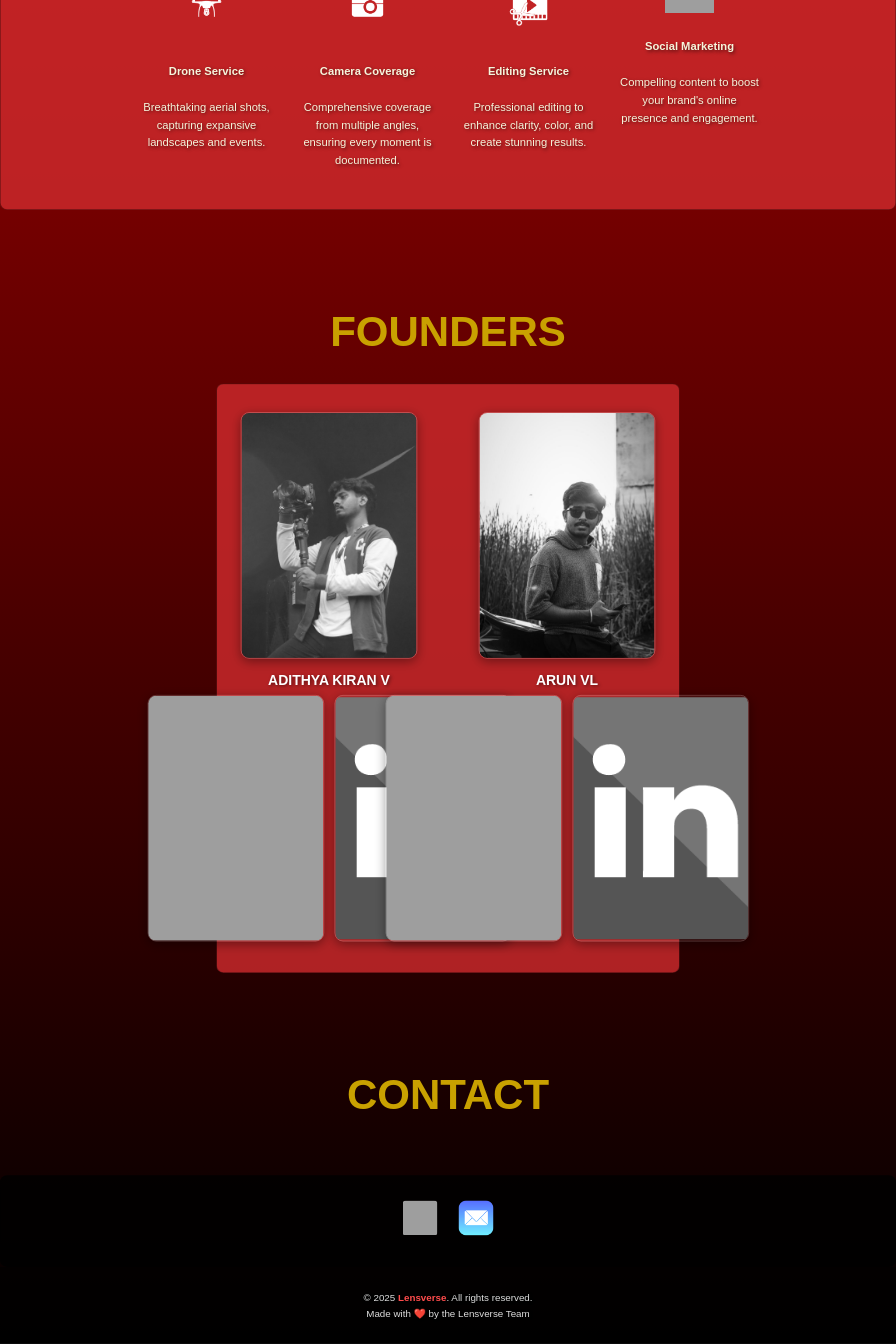
Repository: adithyakiran47/lensverse-frontend
Page: / (app in frontend/)
An editor plug-in stored every save of this project. The page is shown before and after the next save, followed by the edit.
The browser window is 1280 px wide. The pictures show the part of the page from y = 1637 to 3557 px (the page is 3557 px tall before and 3243 px after), at 70% of full size.
Pictures or frames that could not be fetched are drawn as grey boxes. The project was rebuilt for these pictures with package versions that can differ from the ones it lists, and the page was loaded fresh each time. Also part of the build but not shown: frontend/src/components/BookingForm.js.

Above is the page before, as saved 2025-06-20 14:04:59.

### frontend/public/index.html
<!DOCTYPE html>
<html lang="en">
  <head>
    <meta charset="utf-8" />
    <link rel="icon" href="%PUBLIC_URL%/favicon.ico" />
    <meta name="viewport" content="width=device-width, initial-scale=1" />
    <meta name="theme-color" content="#000000" />
    <meta
      name="description"
      content="Web site created using create-react-app"
    />
    <link rel="apple-touch-icon" href="%PUBLIC_URL%/logo192.png" />
    <!--
      manifest.json provides metadata used when your web app is installed on a
      user's mobile device or desktop. See https://developers.google.com/web/fundamentals/web-app-manifest/
    -->
    <link rel="manifest" href="%PUBLIC_URL%/manifest.json" />
    <!--
      Notice the use of %PUBLIC_URL% in the tags above.
      It will be replaced with the URL of the `public` folder during the build.
      Only files inside the `public` folder can be referenced from the HTML.

      Unlike "/favicon.ico" or "favicon.ico", "%PUBLIC_URL%/favicon.ico" will
      work correctly both with client-side routing and a non-root public URL.
      Learn how to configure a non-root public URL by running `npm run build`.
    -->
    <title>React App</title>
  </head>
  <body>
    <noscript>You need to enable JavaScript to run this app.</noscript>
    <div id="root"></div>
    <!--
      This HTML file is a template.
      If you open it directly in the browser, you will see an empty page.

      You can add webfonts, meta tags, or analytics to this file.
      The build step will place the bundled scripts into the <body> tag.

      To begin the development, run `npm start` or `yarn start`.
      To create a production bundle, use `npm run build` or `yarn build`.
    -->
      <footer class="footer">
  <div class="footer-content">
    <p>© 2025 <strong>Lensverse</strong>. All rights reserved.</p>
    <p>Made with ❤️ by the Lensverse Team</p>
  </div>
</footer>

  </body>
</html>

### frontend/src/App.js
import React, { useState } from 'react';
import './App.css';

import Header from './components/Header';
import Banner from './components/Banner';
import About from './components/About';
import Services from './components/Services';
import Team from './components/Team';
import Contact from './components/Contact';
import BookingForm from './components/BookingForm';


function App() {
  const [showForm, setShowForm] = useState(false);

  return (
    <>
      <Header />
      <Banner onBookClick={() => setShowForm(true)} />
      <About />
      <Services />
      <Team />
      <Contact />

      {showForm && (
        <div className="popup-backdrop">
          <div className="popup-form">
            <button className="close-btn" onClick={() => setShowForm(false)}>✖</button>
            <BookingForm onSuccess={() => setShowForm(false)} />
          </div>
        </div>
      )}
    </>
  );
}

export default App;

### frontend/src/App.css
.App {
  text-align: center;
}

.App-logo {
  height: 40vmin;
  pointer-events: none;
}

@media (prefers-reduced-motion: no-preference) {
  .App-logo {
    animation: App-logo-spin infinite 20s linear;
  }
}

.App-header {
  background-color: #282c34;
  min-height: 100vh;
  display: flex;
  flex-direction: column;
  align-items: center;
  justify-content: center;
  font-size: calc(10px + 2vmin);
  color: white;
}

.App-link {
  color: #61dafb;
}

@keyframes App-logo-spin {
  from {
    transform: rotate(0deg);
  }
  to {
    transform: rotate(360deg);
  }
}
.popup-backdrop {
  position: fixed;
  top: 0;
  left: 0;
  height: 100%;
  width: 100%;
  background: rgba(0, 0, 0, 0.7);
  display: flex;
  align-items: center;
  justify-content: center;
  z-index: 999;
}

.popup-form {
  background: white;
  padding: 30px;
  border-radius: 10px;
  width: 500px;
  position: relative;
  box-shadow: 0 8px 20px rgba(0, 0, 0, 0.3);
}

.close-btn {
  position: absolute;
  top: 10px;
  right: 15px;
  background: none;
  border: none;
  font-size: 20px;
  cursor: pointer;
}
.banner {
  display: flex;
  justify-content: space-between;
  align-items: center;
  padding: 40px;
  max-width: 1200px;
  margin: auto;
}

.banner h2 {
  font-size: 2rem;
  margin-bottom: 10px;
}

.banner p {
  font-size: 1.1rem;
  margin-bottom: 20px;
}

.banner button {
  padding: 10px 20px;
  background-color: #003f70;
  color: white;
  border: none;
  border-radius: 5px;
  cursor: pointer;
  font-size: 1rem;
}

.banner img {
  max-width: 150px;
  height: auto;
}

.banner-left {
  flex: 1;
  padding-right: 20px;
}

.banner-right {
  flex: 0 0 200px;
  display: flex;
  justify-content: center;
  align-items: center;
}
/* App.css */
body {
  margin: 0;
  padding: 0;
  background: linear-gradient(to bottom, #ff0000, #000000);
  font-family: 'Segoe UI', Tahoma, Geneva, Verdana, sans-serif;
  color: white;
}

.footer {
  background: rgba(0, 0, 0, 0.6);
  padding: 30px 20px;
  text-align: center;
  color: #ddd;
  font-family: "Montserrat", sans-serif;
  font-size: 14px;
  /*border-top: 1px solid rgba(255, 255, 255, 0.1);*/
}

.footer-content p {
  margin: 6px 0;
  text-shadow: 1px 1px 4px rgba(0, 0, 0, 0.5);
}

.footer-content strong {
  color: #ff4c4c;
}

### frontend/src/components/Header.js
// src/components/Header.js
import React from 'react';
import './Header.css'; // We'll create this next

const Header = () => {
  return (
    <div id="header">
      <div className="container">
        <div className="head1">
          <h1>LENSVERSE</h1>
        </div>
      </div>
    </div>
  );
};

export default Header;

### frontend/src/components/Banner.js
import React from 'react';
import './Banner.css';

const Banner = ({ onBookClick }) => {
  return (
    <div id="banner">
      <div className="container">
        <div className="banner-wrapper">
          <div className="banner-left">
            <h2 className="cap">Capturing every moment with precision</h2>
            <p>Lensverse, your coverage team in action!</p>
            <div className="from">
              <button onClick={onBookClick}>BOOK</button>
            </div>
          </div>
          <div className="banner-right">
            <img src="channel logo new transparent.png" alt="Lensverse Banner" />
          </div>
        </div>
      </div>
    </div>
  );
};

export default Banner;

### frontend/src/components/About.js
import React from 'react';
import './About.css';

const About = () => {
  return (
    <div id="about">
      <div className="container">
        <div className="about-wrapper">
          <div className="about-content">
            <h2>About Us - LENSVERSE</h2>
            <p><em>Live and breathe photography, capturing moments that tell stories and evoke emotions.</em></p>
            <ul>
              <li><b>Storytellers:</b> We capture moments that speak volumes.</li>
              <li><b>Creative Vision:</b> Blending tradition with innovation for unique images.</li>
              <li><b>Top-Tier Quality:</b> Using the latest gear for stunning, high-quality photos.</li>
            </ul>
          </div>
        </div>
      </div>
    </div>
  );
};

export default About;

### frontend/src/components/Services.js
// src/components/Services.js
import React from 'react';
import './Services.css';

const Services = () => {
  return (
    <div id="services">
      <div className="container">
        <div className="service-title">
          <h3>SERVICES</h3>
          <p><b>Services We Offer</b><br />
            Portraits, weddings, events, commercial photography, lifestyle shoots, landscape photography, custom photo sessions, editing, retouching, and high-quality prints.
          </p>
        </div>

        <div className="service-details">
          <div className="service-detail">
            <img src="/drone.png" alt="Drone Service" />
            <p><b>Drone Service</b><br /><br />Breathtaking aerial shots, capturing expansive landscapes and events.</p>
          </div>

          <div className="service-detail">
            <img src="/camera.png" alt="Camera Coverage" />
            <p><b>Camera Coverage</b><br /><br />Comprehensive coverage from multiple angles, ensuring every moment is documented.</p>
          </div>

          <div className="service-detail">
            <img src="/editing.png" alt="Editing Service" />
            <p><b>Editing Service</b><br /><br />Professional editing to enhance clarity, color, and create stunning results.</p>
          </div>

          <div className="service-detail">
            <img src="/social.png" alt="Social Marketing" />
            <p><b>Social Marketing</b><br /><br />Compelling content to boost your brand's online presence and engagement.</p>
          </div>
        </div>
      </div>
    </div>
  );
};

export default Services;

### frontend/src/components/Team.js
// src/components/Team.js
import React from 'react';
import './Team.css';

const Team = () => {
  return (
    <div id="team">
      <div className="container">
        <div className="members">
          <h4>FOUNDERS</h4>
          <div className="member service-details">

            <div className="kiran">
              <img src="IMG_0384.JPG" alt="Adithya Kiran V" />
              <h5>ADITHYA KIRAN V</h5>
              <div className="social">
                <a href="https://instagram.com" target="_blank" rel="noreferrer">
                  <img src="/insta.png" alt="Instagram" />
                </a>
                <a href="https://linkedin.com" target="_blank" rel="noreferrer">
                  <img src="/linkedin.png" alt="LinkedIn" />
                </a>
              </div>
            </div>

            <div className="vl">
              <img src="IMG_0383.JPG" alt="Arun VL" />
              <h6>ARUN VL</h6>
              <div className="social">
                <a href="https://instagram.com" target="_blank" rel="noreferrer">
                  <img src="/insta.png" alt="Instagram" />
                </a>
                <a href="https://linkedin.com" target="_blank" rel="noreferrer">
                  <img src="/linkedin.png" alt="LinkedIn" />
                </a>
              </div>
            </div>

          </div>
        </div>
      </div>
    </div>
  );
};

export default Team;

### frontend/src/components/Contact.js
// src/components/Contact.js
import React from 'react';
import './Contact.css';

const Contact = () => {
  return (
    <div id="contact">
      <div className="container">
        <div className="contactdetails">
          <h4>CONTACT</h4>
          <div className="contact-details">

            <div className="instapng">
              <a href="https://instagram.com" target="_blank" rel="noreferrer">
                <img src="/insta.png" alt="Instagram" />
              </a>
            </div>

            <div className="mailpng">
              <a href="mailto:lensverse@gmail.com">
                <img src="/mail.png" alt="Email" />
              </a>
            </div>

          </div>
        </div>
      </div>
    </div>
  );
};

export default Contact;

### frontend/src/components/Header.css
/* Header.css */
#header {
  /* background:linear-gradient(rgb(255, 0, 0),rgb(0, 0, 0)) ; */
  padding: 15px;
  text-shadow: 2px 2px 5px rgba(0, 0, 0, 0.485);
}

.head1 h1 {
  font-family: "Bebas Neue", sans-serif;
  font-size: 50px;
  color: rgb(255, 255, 255);
  transition: color 0.3s ease;
  padding: auto;
  text-align: center;
}

.head1 h1:hover {
  color: white;
}

### frontend/src/components/Banner.css
#banner {
 /* background: linear-gradient(to bottom, #ff0000, #000000); /* Optional gradient */
  color: aliceblue;
  padding: 60px 20px;
  text-align: center; /* Center all content */
}

.banner-wrapper {
  display: flex;
  flex-direction: column; /* Stack content vertically */
  align-items: center;
  gap: 30px;
}

.banner-left .cap {
  font-size: 42px; /* Increased font size */
  font-weight: 600;
  margin-bottom: 20px;
  font-family: "Bebas Neue", sans-serif;
  text-shadow: 2px 2px 6px rgba(0, 0, 0, 0.5);
}

.banner-left p {
  font-size: 20px;
  margin-bottom: 30px;
  color: #ddd;
}

.from button {
  background-color: rgb(0, 55, 94);
  color: white;
  font-size: 18px;
  padding: 14px 28px;
  border: none;
  border-radius: 8px;
  cursor: pointer;
  transition: background-color 0.3s ease, transform 0.2s ease;
}

.from button:hover {
  background-color: rgb(0, 75, 120);
  transform: scale(1.05);
}

/* Banner image */
.banner-right img {
  max-width: 500px;
  height: auto;
  filter: drop-shadow(0 0 6px rgba(0, 0, 0, 0.3));
}

### frontend/src/components/About.css
#about {
  padding: 60px 20px;
  text-align: center;
}

.about-wrapper {
  max-width: 900px;
  margin: 0 auto;
  padding: 30px;
  background-color: rgb(88, 0, 0);
  border-radius: 10px;
  color: beige;
  text-shadow: 2px 2px 5px rgb(0, 0, 0);
  /*transition: background-color 0.3s ease, border 0.3s ease;*/
}


.about-content h2 {
  font-size: 40px;
  font-family: "Montserrat", sans-serif;
  margin-bottom: 20px;
}

.about-content p {
  font-size: 20px;
  font-family: "Montserrat", sans-serif;
  margin-bottom: 25px;
}

.about-content ul {
  list-style: none;
  padding-left: 0;
  font-size: 20px;
  font-family: "Montserrat", sans-serif;
}

.about-content li {
  margin-bottom: 12px;
}

### frontend/src/components/Services.css
/* Title Section */
.service-title {
  text-align: center;
  font-family: "Teko", sans-serif;
  margin-bottom: 40px;
}

.service-title h3 {
  font-size: 60px;
  color: rgb(255, 204, 0);
  margin: 20px 0 0 0;
}

.service-title p {
  color: #ffffff;
  font-size: 26px;
  margin-top: 10px;
  line-height: 1.5;
}

/* Services Container */
.service-details {
  display: flex;
  flex-wrap: wrap;
  justify-content: center;
  gap: 30px;
  padding: 40px 20px;
  background-color: rgba(205, 42, 45, 0.819);
  color: beige;
  font-family: "Montserrat", sans-serif;
  border-radius: 10px;
  border: 1px solid rgba(0, 0, 0, 0.397);
  text-shadow: 2px 2px 5px rgba(0, 0, 0, 0.485);
  transition: background-color 0.3s ease, border 0.3s ease;
}

/* Hover Effect */
.service-details:hover {
  background-color: rgba(253, 242, 241, 0.25);
  border: 1px solid rgba(0, 0, 0, 0.7);
  color: black;
}

/* Individual Card */
.service-detail {
  flex-basis: 200px;
  text-align: center;
  max-width: 250px;
}

.service-detail img {
  width: 70px;
  margin-bottom: 15px;
}

.service-detail p {
  font-size: 16px;
  line-height: 1.6;
}

### frontend/src/components/Team.css
#team {
  display: flex;
  justify-content: center;
  padding: 60px 20px;
  background-color: transparent;
  color: white;
  text-align: center;
}

.members h4 {
  font-family: "Teko", sans-serif;
  font-size: 60px;
  color: rgb(201, 161, 0);
  margin-bottom: 40px;
}

.member {
  display: flex;
  flex-wrap: wrap;
  justify-content: center;
  gap: 60px;
}

/* Each profile block */
.kiran, .vl {
  max-width: 280px;
}

.kiran img,
.vl img {
  width: 250px;
  height: 350px; /* Recommended size */
  object-fit: cover;
  border-radius: 12px;
  border: 1px solid rgba(255, 255, 255, 0.3);
  box-shadow: 0 4px 15px rgba(0, 0, 0, 0.4);
  filter: grayscale(100%);
  transition: filter 0.4s ease, transform 0.3s ease;
}

.kiran img:hover,
.vl img:hover {
  filter: grayscale(0%);
  transform: scale(1.03);
}

h5, h6 {
  font-size: 20px;
  margin: 15px 0 10px 0;
  font-family: "Montserrat", sans-serif;
  color: white;
}

.social {
  display: flex;
  justify-content: center;
  gap: 15px;
  margin-

### frontend/src/components/Contact.css
.contactdetails {
  text-align: center;
  font-size: 60px;
  font-family: "Teko", sans-serif;
  color: rgb(201, 161, 0);
  margin-top: 40px;
}

.contact-details {
  display: flex;
  justify-content: center;
  gap: 30px;
  padding: 30px;
  margin-top: 20px;
  background-color: rgba(0, 0, 0, 0.819);
  border-radius: 10px;
  border: 1px solid rgba(0, 0, 0, 0.397);
  transition: background-color 0.3s ease, border 0.3s ease;
}

.contact-details:hover {
  background-color: rgba(253, 242, 241, 0.377);
  border: 1px solid rgba(0, 0, 0, 0.7);
}

.contact-details img {
  height: 50px;
  width: 50px;
  border-radius: 5px;
  transition: transform 0.2s ease;
}

.contact-details img:hover {
  transform: scale(1.1);
}

Loaded but not shown: frontend/src/index.js (common file); frontend/src/index.css (common file); frontend/src/reportWebVitals.js (common file)

After the next save:
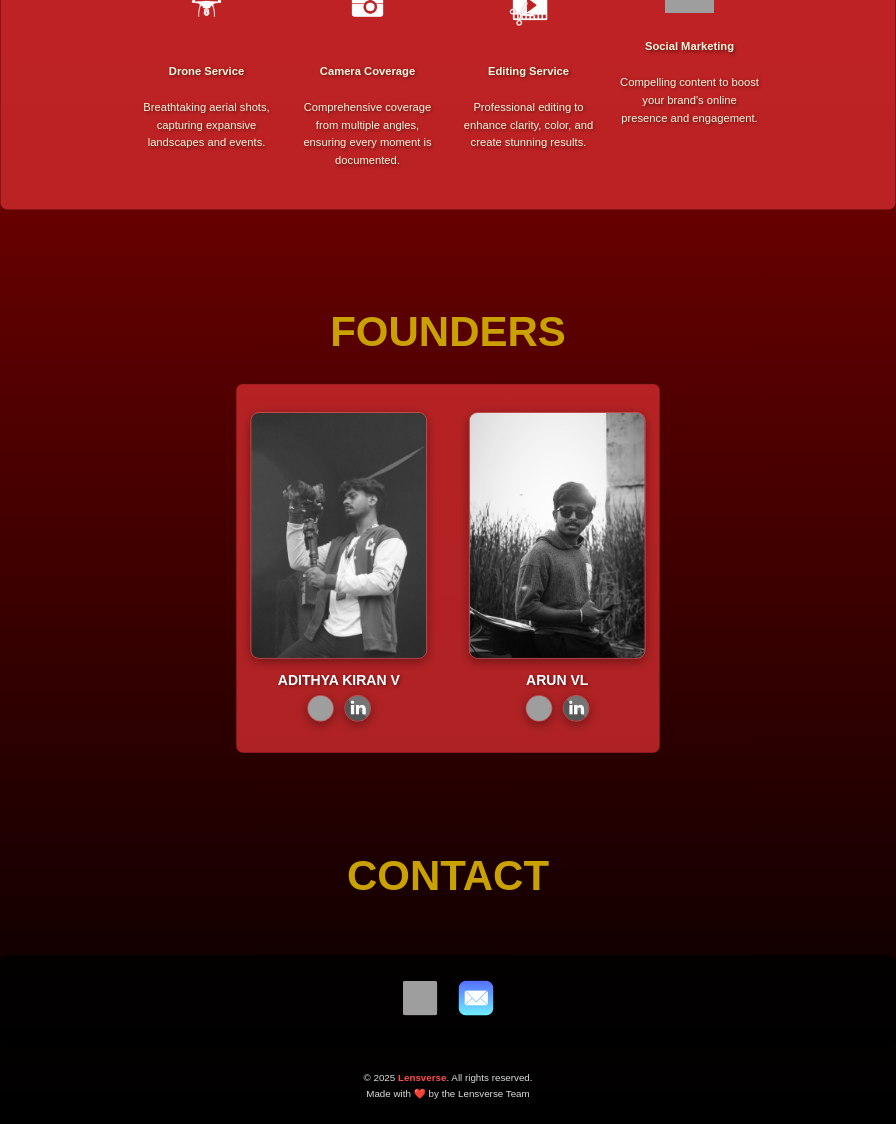
Saved 8 s later.
--- a/frontend/src/components/Team.css
+++ b/frontend/src/components/Team.css
@@ -55,4 +55,16 @@
   display: flex;
   justify-content: center;
   gap: 15px;
-  margin-
+  margin-top: 10px;
+}
+
+.social img {
+  width: 36px;
+  height: 36px;
+  border-radius: 50%;
+  transition: transform 0.3s ease;
+}
+
+.social img:hover {
+  transform: scale(1.2);
+}
